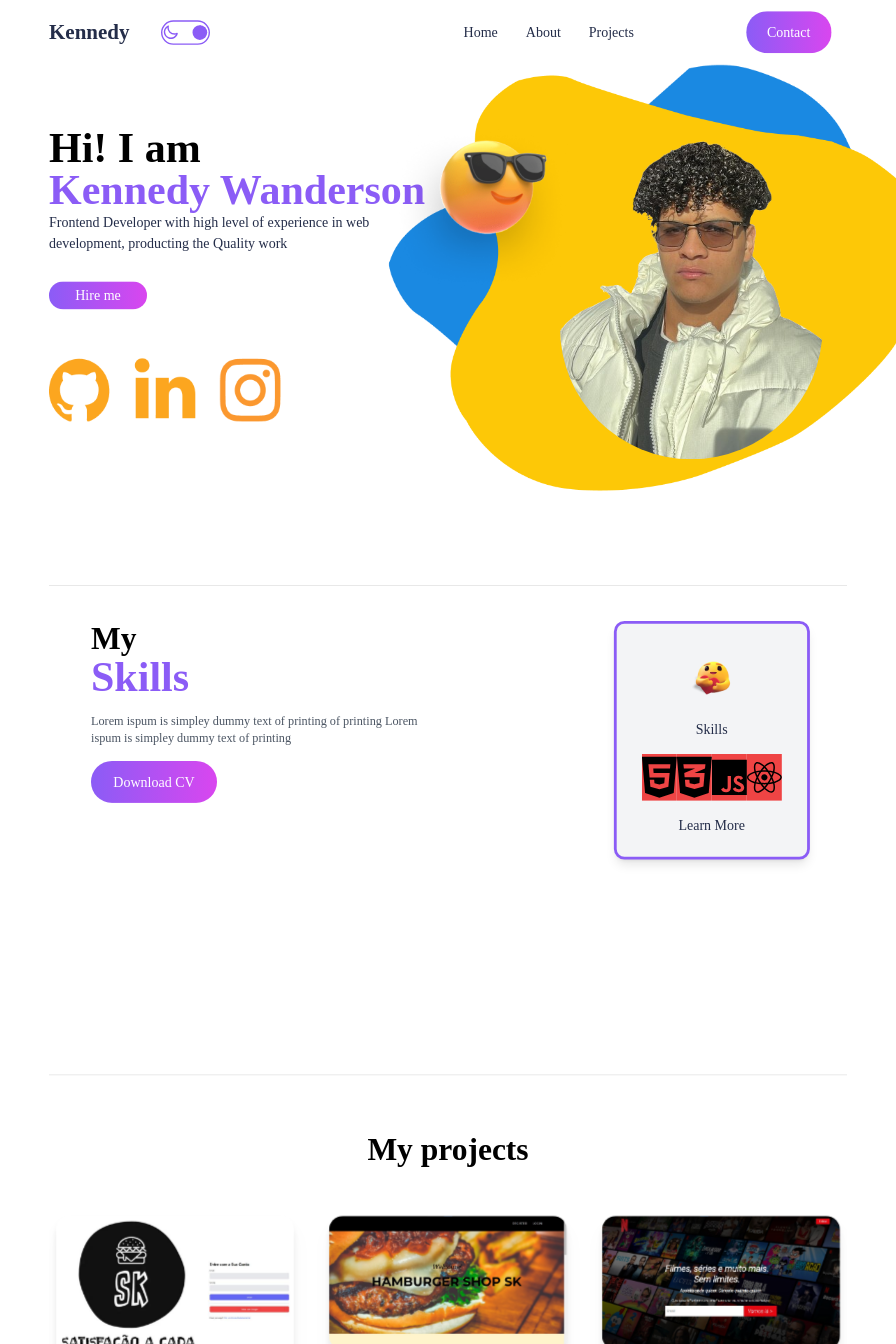
Repository: KennedyWanderson/portfolio
Page: /
An editor plug-in stored every save of this project. The page is shown before and after the next save, followed by the edit.
The browser window is 1280 px wide. The pictures show the part of the page from y = 0 to 1920 px (the page is 3240 px tall), at 70% of full size.
Some web fonts or font styles are not loaded; a fallback is used. The project was rebuilt for these pictures with package versions that can differ from the ones it lists, and the page was loaded fresh each time. Imported but missing from the stored project, and not drawn on this page: src/Components/Services/Kennedy_CV.pdf.

Above is the page before, as saved 2024-01-26 12:31:51.

### public/index.html
<!DOCTYPE html>
<html lang="en">
  <head>
    <meta charset="utf-8" />
    <link rel="icon" href="%PUBLIC_URL%/favicon.ico" />
    <meta name="viewport" content="width=device-width, initial-scale=1" />
    <meta name="theme-color" content="#000000" />
    <meta
      name="description"
      content="Web site created using create-react-app"
    />

    <style>
      @font-face{
        font-family: Gumela;
        src: url('../src/fonts/*');
      }

      *{
        font-family: 'Gumela';
        font-weight: normal;
        font-size: 20px;
      }
      body{
        margin: 0;
      }
    </style>
    <link rel="apple-touch-icon" href="%PUBLIC_URL%/logo192.png" />
    <!--
      manifest.json provides metadata used when your web app is installed on a
      user's mobile device or desktop. See https://developers.google.com/web/fundamentals/web-app-manifest/
    -->
    <link rel="manifest" href="%PUBLIC_URL%/manifest.json" />
    <!--
      Notice the use of %PUBLIC_URL% in the tags above.
      It will be replaced with the URL of the `public` folder during the build.
      Only files inside the `public` folder can be referenced from the HTML.

      Unlike "/favicon.ico" or "favicon.ico", "%PUBLIC_URL%/favicon.ico" will
      work correctly both with client-side routing and a non-root public URL.
      Learn how to configure a non-root public URL by running `npm run build`.
    -->
    <title>React App</title>
  </head>
  <body>
    <noscript>You need to enable JavaScript to run this app.</noscript>
    <div id="root"></div>
    <!--
      This HTML file is a template.
      If you open it directly in the browser, you will see an empty page.

      You can add webfonts, meta tags, or analytics to this file.
      The build step will place the bundled scripts into the <body> tag.

      To begin the development, run `npm start` or `yarn start`.
      To create a production bundle, use `npm run build` or `yarn build`.
    -->
  </body>
</html>

### src/index.js
import React from 'react';
import ReactDOM from 'react-dom/client';
import './index.css';
import App from './App';
import reportWebVitals from './reportWebVitals';
import { ThemeProvider } from './Context';

const root = ReactDOM.createRoot(document.getElementById('root'));
root.render(
  <ThemeProvider>
    <App />
  </ThemeProvider>

);

// If you want to start measuring performance in your app, pass a function
// to log results (for example: reportWebVitals(console.log))
// or send to an analytics endpoint. Learn more: https://bit.ly/CRA-vitals
reportWebVitals();

### src/index.css
@import 'tailwindcss/base';
@import 'tailwindcss/components';
@import 'tailwindcss/utilities';

:root
{
  --yellow: #F5C32C;
    --orange : #FCA61F;
    --black : #242D49;
    --gray : #788097;
    --blueCard : #DDF8FE;
    --purple: rgb(238 210 255);
    --boxShadow : 0px 19px 60px rgb(0 0 0 / 8%);
    --orangeCard: rgba(252, 166, 31, 0.45);
    --smboxShadow: -79px 51px 60px rgba(0, 0, 0, 0.08);
}

.App{
    overflow: hidden;
    color: var(--black);
}

### src/App.js
import './App.css';
import './index.css'
import Navbar from './Components/Navbar/Navbar';
import About from './Components/About/About';
import Services from './Components/Services/Services';
import Portfolio from './Components/Portfolio/Portfolio';
import Contact from './Components/Contact/Contact';
import Footer from './Components/Footer/Footer';
import { useContext } from 'react';
import { themeContext } from './Context';
import { Divider } from '@mui/material';

function App() {
  const theme = useContext(themeContext)
  const darkMode = theme.state.darkMode;

  return (
    <>
    <div className="App"
    style={{
      background: darkMode? 'black': '',
      color: darkMode? 'white': ''
    }}>

      <Navbar />
      <About />
      <Divider />
      <Services />
      <Divider />
      <Portfolio />
      <Divider />
      <Contact />
    </div>
    <div style={{
      background: darkMode? 'black': '',
      color: darkMode? 'white': ''
    }}>

      <Footer />
    </div>

    </>
  );
}

export default App;

### src/Context.js
import { createContext, useReducer } from "react";

export const themeContext = createContext();

const initialState = {darkMode: false};

const themeReducer = (state, action) => {

    switch(action.type){
        case 'toggle':
            return{darkMode : !state.darkMode};

        default:
            return state;
    }
}
    export const ThemeProvider = (props) => {
        const [state, dispatch] = useReducer(themeReducer, initialState);
        return (
            <themeContext.Provider value={{state, dispatch}}>
                {props.children}
            </themeContext.Provider>
        );
};

### src/App.css
@import 'tailwindcss/base';
@import 'tailwindcss/components';
@import 'tailwindcss/utilities';

:root
{
  --yellow: #F5C32C;
    --orange : #FCA61F;
    --black : #242D49;
    --gray : #788097;
    --blueCard : #DDF8FE;
    --purple: rgb(238 210 255);
    --boxShadow : 0px 19px 60px rgb(0 0 0 / 8%);
    --orangeCard: rgba(252, 166, 31, 0.45);
    --smboxShadow: -79px 51px 60px rgba(0, 0, 0, 0.08);
}

.App{
    padding: 0.5rem 3.5rem;
    overflow: hidden;
    color: var(--black);
}

.button{
  border-radius: 34px;
  border: none;
  color: white;
  font-size: 16px;
  padding: 10px;
}

@media screen and (max-width: 480px) {
    .App{
      padding: 0.5rem 1rem;
    }
}

### src/Components/Navbar/Navbar.jsx
import React from "react";
import Toggle from "../Toggle/Toggle";
import { Link } from 'react-scroll';

const Navbar = () => {
    return (
        <div className="lg:h-[10vh] flex flex-col lg:flex-row justify-between">
            <div className="flex-1 flex items-center gap-8">
                <div className="text-2xl font-bold">Kennedy</div>
                <Toggle />
            </div>
            <div className="lg:flex hidden flex-1 items-center justify-center font-normal">
                <div className="flex-grow-10">
                    <ul className="lg:flex hidden gap-8 mr-32 hover:cursor-grab">
                        <Link spy={true} to='Navbar' smooth={true}>
                            <li className="hover:text-orange-500">Home</li>
                        </Link>
                        <Link spy={true} to='About' smooth={true}>
                            <li className="hover:text-orange-500">About</li>
                        </Link>
                        <Link spy={true} to='Projects' smooth={true}>
                            <li className="hover:text-orange-500">Projects</li>
                        </Link>
                    </ul>
                </div>
                <button className=" rounded-3xl border-none text-white text-base pt-3 p-3 pr-6 pl-6 bg-gradient-to-r from-violet-500 to-fuchsia-500
                hover:cursor-grab bg-white hover:text-orange-500
                ">Contact</button>
            </div>
        </div>
    );
}

export default Navbar;

### src/Components/About/About.jsx
import React, { useContext } from "react";
import Github from '../../img/github.png'
import Instagram from '../../img/instagram.png'
import Linkedin from '../../img/linkedin.png'
import Profile from '../../img/eu.png'
import './About.css'
import Vector1 from '../../img/Vector1.png'
import Vector2 from '../../img/Vector2.png'
import { themeContext } from "../../Context";
import {motion} from 'framer-motion'
import glassesemoji from '../../img/glassesimoji.png'


const About = () => {

    const transition = {duration: 2, type: 'spring'}

    const theme = useContext(themeContext);
    const darkMode = theme.state.darkMode;

    return (
        <div className="lg:flex lg:flex-row flex-col h-[77vh] my-20 about">
            <div className="flex flex-col relative flex-1 gap-8">
                <div className="flex flex-col ">
                    <span style={{color: darkMode? 'white': ''}} className="text-black font-bold text-5xl">Hi! I am</span>
                    <span className="text-violet-500 font-bold text-5xl">Kennedy Wanderson</span>
                    <span>Frontend Developer with high level of experience
                        in web development, producting the Quality work                   </span>
                </div>
                <button className="rounded-3xl	border-none	text-white text-base pt-3 p-3 pr-6 pl-6 bg-gradient-to-r from-violet-500 to-fuchsia-500
                hover:cursor-grab bg-white hover:text-orange-500 w-28 h-8 flex justify-center items-center">Hire me</button>
                <div className="mt-6 flex gap-7 hover:cursor-grab left">
                    <a href="https://github.com/KennedyWanderson">
                        <img src={Github} alt="" />
                    </a>
                    <a href="https://www.linkedin.com/in/kennedy-wanderson/">
                        <img src={Linkedin} alt="" />
                    </a>
                    <a href="https://www.instagram.com/_dev.kennedy/">
                        <img src={Instagram} alt="" />
                    </a>
                </div>
            </div>
            <div className="i-right">
                <img src={Vector1} alt="" />
                <img src={Vector2} alt="" />
                <img className="rounded-full" src={Profile} alt="" />
                <motion.img
                initial={{left: '-46%'}}
                whileInView={{left: '-14%'}}
                transition={transition}
                src={glassesemoji} alt="" />
            </div>
        </div>
    )
}

export default About;

### src/Components/Services/Services.jsx
import React, { useContext } from "react";
import HeartEmoji from '../../img/heartemoji.png'
import Card from "../Card/Card";
import Resume from './Kennedy_CV.pdf'
import './Services.css'
import { themeContext } from "../../Context";
import { motion } from 'framer-motion'
import ReactIimg from '../../img/react.svg'
import HtmlImg from '../../img/html5.svg'
import CssImg from '../../img/css3-alt.svg'
import JavaImg from '../../img/js.svg'

const Services = () => {

    const theme = useContext(themeContext);
    const darkMode = theme.state.darkMode;

    return (

        <div className="pt-0 pb-12 pr-3 pl-12 flex h-[90vh] mt-10 services" id="About">
            <div className="flex flex-col relative">
                <span style={{ color: darkMode ? 'white' : '' }} className="text-black text-4xl font-bold">My </span>
                <span className="text-violet-500 font-bold text-5xl">Skills</span>
                <spane style={{ color: darkMode ? 'white' : '' }} className="text-gray-600 text-sm mt-4">Lorem ispum is simpley dummy text of printing of printing Lorem

                    <br />
                    ispum is simpley dummy text of printing
                </spane>
                <a href={Resume} download>
                    <button className="rounded-3xl	border-none	text-white text-base pt-3 p-3 pr-6 pl-6 bg-gradient-to-r from-violet-500 to-fuchsia-500
                    hover:cursor-grab bg-white hover:text-orange-500 w-36 mt-4">Download CV</button>
                </a>
            </div>
            <div className="relative sm:flex lg:block cards gap-17rem">
                <div className=" left-56 absolute sm:static lg:absolute">
                    <Card
                        emoji={HeartEmoji}
                        heading={'Skills'}
                        detail={[HtmlImg, CssImg, JavaImg, ReactIimg]}
                    />
                </div>
                <motion.div
                    initial={{ rotate: 45 }}
                    whileInView={{ rotate: 0 }}
                    viewport={{ margin: '-40px' }}
                    transition={{ duration: 3.5, type: 'spriing' }}
                >
                    <div>
                        <img src={[ReactIimg, ReactIimg]} alt="" />
                    </div>
                    <div>

                    </div>
                    <div>

                    </div>
                    <div>

                    </div>

                </motion.div>
            </div>
        </div>
    )
}

export default Services;

### src/Components/Portfolio/Portfolio.jsx
import React, { useContext } from "react";
import {Swiper, SwiperSlide} from 'swiper/react'
import 'swiper/css'
import Admin from '../../img/admin.jpeg'
import Movie from '../../img/movie.jpeg'
import Netflix from '../../img/netflix.jpeg'
import { themeContext } from "../../Context";
import Burguer from '../../img/burguer.jpeg'

const Portfolio = () => {
    const theme = useContext(themeContext);
    const darkMode = theme.state.darkMode;

    return(
        <div className="flex flex-col items-center justify-center h-[70vh] mb-10" id="Projects">
            <span style={{color: darkMode? 'white': ''}} className="text-black font-bold text-4xl">My projects</span>


            <Swiper spaceBetween={30}
            slidesPerView={3}
            grabCursor={true}
            className="overflow-visible w-full mt-12">
                <SwiperSlide className="w-80 p-2">
                    <img className="w-72 drop-shadow-xl rounded-2xl"  src={Admin} alt="" />
                </SwiperSlide>
                <SwiperSlide className="w-80 p-2">
                    <img className="w-72 drop-shadow-xl rounded-2xl" src={Burguer} alt="" />
                </SwiperSlide>
                <SwiperSlide className="w-80 p-2">
                    <img className="w-72 drop-shadow-xl rounded-2xl"  src={Netflix} alt="" />
                </SwiperSlide>
                <SwiperSlide className="w-80 p-2">
                    <img className="w-72 drop-shadow-xl rounded-2xl" src={Movie} alt="" />
                </SwiperSlide>
            </Swiper>
        </div>
    )
}

export default Portfolio;

### src/Components/Contact/Contact.jsx
import React, { useContext, useState } from "react";
import { useRef } from 'react';
import emailjs from '@emailjs/browser';
import { themeContext } from "../../Context";

const Contact = () => {

    const theme = useContext(themeContext);
    const darkMode = theme.state.darkMode;

  const form = useRef();

  const [done, setDone] = useState(false)

  const sendEmail = (e) => {
    e.preventDefault();

    emailjs.sendForm('service_nloztkk', 'template_w0nf8e5', form.current, 'l4pVECB3jFJ-edbZo')
      .then((result) => {
          console.log(result.text);
          setDone(true)
      }, (error) => {
          console.log(error.text);
      });
  };

    return(
        <div className="lg:flex flex-col m-3 pt-0 pr-12 pb-0 pl-12 mt-16 flex h-[80vh]">
            <div>
                <div className="flex flex-col">
                    <span style={{color: darkMode? 'white': ''}} className="text-black font-bold text-4xl">Get in touch</span>
                    <span className="text-violet-500 font-bold text-5xl">Contact me</span>
                </div>
            </div>

            <div className="flex justify-center relative flex-1">
                <form ref={form} onSubmit={sendEmail} className="flex flex-col gap-8 items-center" action="">
                    <input type="text" name="user_name" className=" w-80 h-8 p-2 outline-none border-2 border-violet-500 rounded-lg text-base" placeholder="Name" />
                    <input type="email" name="user_email" className="w-80 h-8 p-2 outline-none border-2 border-violet-500 rounded-lg text-base" placeholder="Email" />
                    <textarea  name="message" className="h-16 w-80 p-2 outline-none border-2 border-violet-500 rounded-lg text-base" placeholder="Message" />
                    <input type="submit" value="Send" className="rounded-3xl border-none text-white text-base pt-3 p-3 pr-6 pl-6 bg-gradient-to-r from-violet-500 to-fuchsia-500
                    hover:cursor-grab bg-white hover:text-orange-500 w-32 mt-4" />
                    <span className="text-center text-green-500 font-bold text-xl">{done && "Thanks for contacting me!"}</span>
                </form>
            </div>
        </div>
    )
}

export default Contact;

### src/Components/Footer/Footer.jsx
import React from "react";
import Wave from '../../img/wave.png'
import Insta from '@iconscout/react-unicons/icons/uil-instagram'
import Git from '@iconscout/react-unicons/icons/uil-github'
import Linkedin from '@iconscout/react-unicons/icons/uil-linkedin'

const Footer = () => {
    return(
        <div className=" flex items-center mt-[-0.5rem] mb-[-3.5rem] relative">
            <img src={Wave} alt="" style={{width: '100%'}}/>
            <div className="sm:scale-50 flex flex-col items-center justify-center absolute w-full mt-16 gap-16 text-white">
                <span>devprogrammer.wiz@gmail.com</span>
                <div className="flex gap-8">
                    <Insta color='white' size='3rem' />
                    <Git color='white' size='3rem' />
                    <Linkedin color='white' size='3rem' />
                </div>
            </div>
        </div>
    )
}

export default Footer;

### src/Components/Toggle/Toggle.jsx
import React, { useContext } from "react";
import Sun from '@iconscout/react-unicons/icons/uil-sun'
import Moon from '@iconscout/react-unicons/icons/uil-moon'
import { themeContext } from "../../Context";

const Toggle = () => {

    const theme = useContext(themeContext);
    const darkMode = theme.state.darkMode;
    const handleClick = () => {
        theme.dispatch({type: 'toggle'})
    }

    return (
        <div onClick={handleClick} className="flex items-center justify-between rounded-full m-1 border-2 border-violet-500 relative cursor-grab
        w-14 h-7 text-violet-500">
                <Moon />
                <Sun />
            <div className="rounded-full p-[6.5px] absolute bg-violet-500 border-4 border-violet-500"
                style = {darkMode? {left: '2px'} : {right : '2px'}}>
            </div>
        </div>
    )
}

export default Toggle;

### src/Components/About/About.css
.i-right{
    flex: 1;
    position: relative;
}

.i-right>*{
    position: absolute;
    z-index: 1;
}

.i-right>:nth-child(1){
    transform: scale(1.2);
    left: -5%;
    top: -9%;
}
    .i-right>:nth-child(2){
        top: -4.6%;
        transform: scale(1.2);
        left: 3rem;
    }
    .i-right>:nth-child(3){
    transform: scale(1.0);
    left: 28%;
}

@media screen and (max-width: 480px){
    .about {
    flex-direction: column;
    gap: 8rem;
    height: 50rem;
  }

  .left{

    margin-bottom: 50px;
    gap: 4rem;
  }

  .i-right>:nth-child(1){
    transform: scale(0.8);
    left: 0%;
    top: 0%;
}
    .i-right>:nth-child(2){
        transform: scale(0.8);
        left: 0rem;
    }
    .i-right>:nth-child(3){
    transform: scale(0.6);
    left: 0%;

}
.i-right>:nth-child(4){
    transform: scale(0.5);
}
}

### src/Components/Card/Card.jsx
import React from "react";
import '../../App.css'

const Card = ({ emoji, heading, detail }) => {
    return (
        <div className="card w-56 absolute flex flex-col gap-4 items-center text-center bg-gray-100
        rounded-xl border-4 border-violet-500 shadow-lg pt-0 pr-7 pb-6 pl-7">
            <img className="scale-50 mb-[-2rem]" src={emoji} alt="" />
            <span>{heading}</span>
            <div className="images-container flex">
                {detail.map((img, index) => (
                    <img key={index} className="flex bg-red-500 text-base w-10" src={img} alt={`Image ${index + 1}`} />
                ))}
            </div>
            <button>Learn More</button>
        </div>
    )
}

export default Card;

### src/Components/Services/Services.css
@media screen and (max-width: 480px) {
    .services {
      margin-top: 0;
      flex-direction: column;
      gap: 5rem;
      height: 66rem;
      padding: 0;
    }

    .cards {
      display: flex;
      flex-direction: column;
      gap: 17rem;
    }
    .cards > * {
      position: static;
    }
  }

Loaded but not shown: src/reportWebVitals.js (common file); tailwind.config.js (common file)

After the next save:
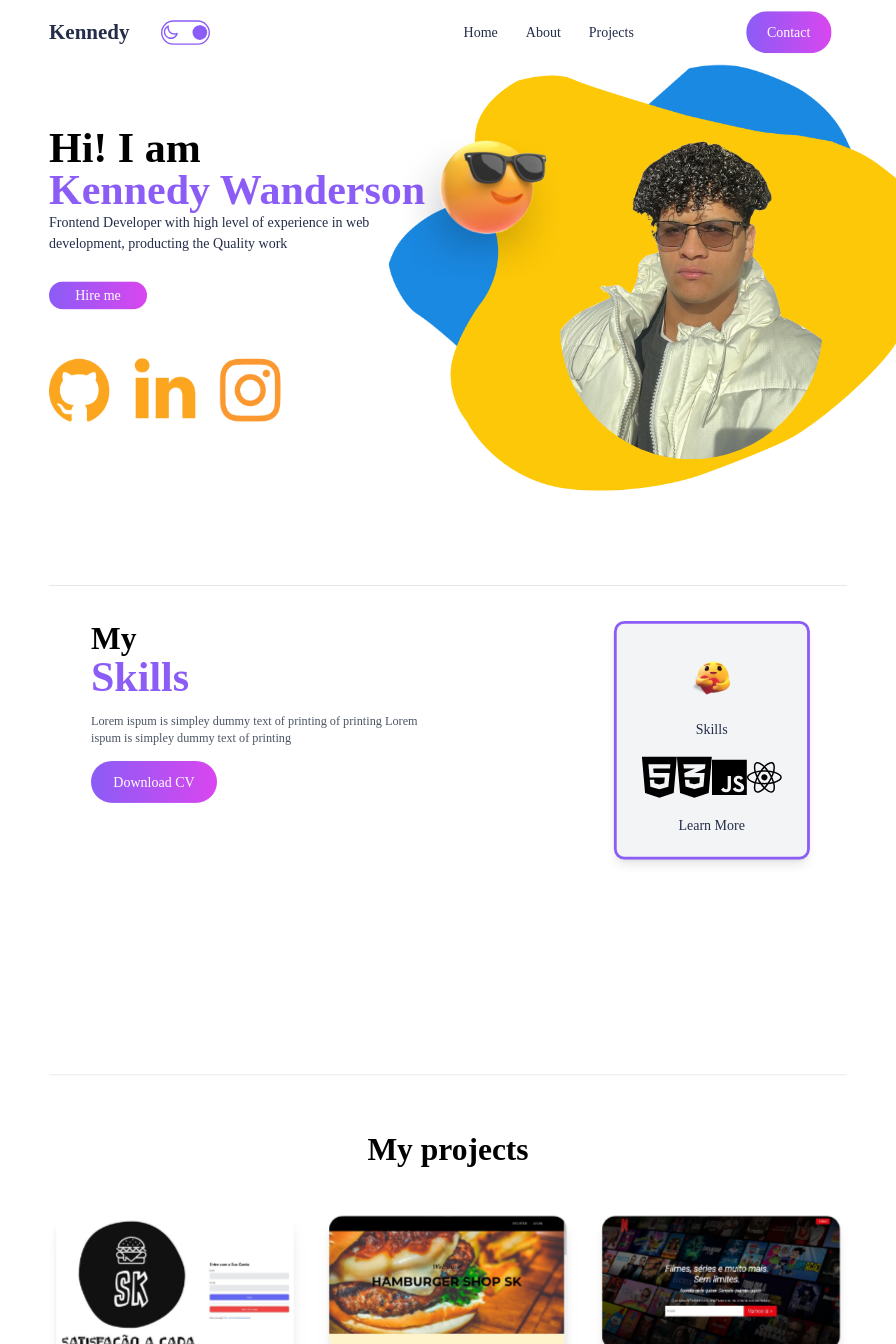
Saved 8 s later.
--- a/src/Components/Card/Card.jsx
+++ b/src/Components/Card/Card.jsx
@@ -9,7 +9,7 @@ const Card = ({ emoji, heading, detail }) => {
             <span>{heading}</span>
             <div className="images-container flex">
                 {detail.map((img, index) => (
-                    <img key={index} className="flex bg-red-500 text-base w-10" src={img} alt={`Image ${index + 1}`} />
+                    <img key={index} className="flex text-red-500 text-base w-10" src={img} alt={`Image ${index + 1}`} />
                 ))}
             </div>
             <button>Learn More</button>
